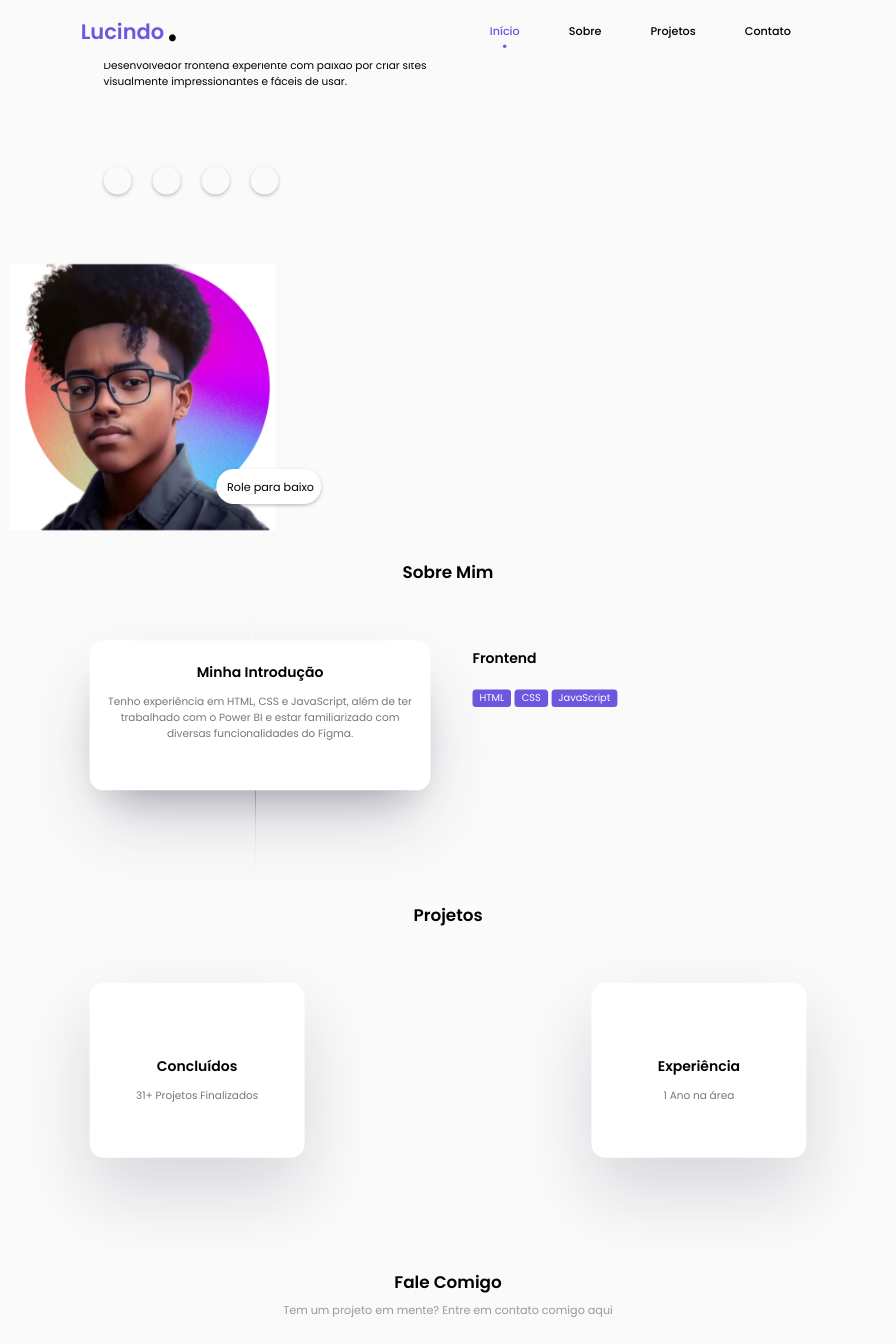
Repository: Matheus904-12/PrePortf
Page: index.html
The author's editor kept a copy of each file at every save. The page is drawn from the files as they stood at one save, then again after the next save.
The browser window is 1280 px wide. The pictures show the part of the page from y = 0 to 1920 px (the page is 2683 px tall), at 70% of full size.
Some icons come from a web library that is not loaded, so they are not drawn.

Above is the page before, as saved 2023-09-29 12:04:44.

### index.html
<!DOCTYPE html>
<html lang="pt-br">

<head>
    <meta charset="UTF-8">
    <meta name="viewport" content="width=device-width, initial-scale=1.0">

    <!-- UNICONS -->
    <link rel="stylesheet" href="https://unicons.iconscout.com/release/v4.0.8/css/line.css">
    <!-- CSS -->
    <link rel="stylesheet" href="style.css">
    <!-- Adicionar favicon -->
    <link rel="shortcut icon" href="assets/images/favicon.png" type="image/x-icon">

    <title>Portfólio | Codingdev</title>
</head>

<body>
    <div class="container">
        <!-- --------------- CABEÇALHO --------------- -->
        <nav id="header">
            <div class="nav-logo">
                <p class="nav-name">Lucindo</p>
                <span>.</span>
            </div>
            <div class="nav-menu" id="myNavMenu">
                <ul class="nav_menu_list">
                    <li class="nav_list">
                        <a href="#home" class="nav-link active-link">Início</a>
                        <div class="circle"></div>
                    </li>
                    <li class="nav_list">
                        <a href="#about" class="nav-link">Sobre</a>
                        <div class="circle"></div>
                    </li>
                    <li class="nav_list">
                        <a href="#projects" class="nav-link">Projetos</a>
                        <div class="circle"></div>
                    </li>
                    <li class="nav_list">
                        <a href="#contact" class="nav-link">Contato</a>
                        <div class="circle"></div>
                    </li>
                </ul>
            </div>
            <div class="nav-menu-btn">
                <i class="uil uil-bars" onclick="myMenuFunction()"></i>
            </div>
        </nav>


        <!-- -------------- PRINCIPAL ---------------- -->
        <main class="wrapper">
            <!-- -------------- DESTAQUE ---------------- -->
            <section class="featured-box" id="home">
                <div class="featured-text">
                    <div class="featured-text-card">
                        <span>Matheus Lucindo</span>
                    </div>
                    <div class="featured-name">
                        <p>Eu sou <span class="typedText"></span></p>
                    </div>
                    <div class="featured-text-info">
                        <p>Desenvolvedor frontend experiente com paixão por criar sites visualmente
                            impressionantes e fáceis de usar.
                        </p>
                    </div>

                    <div class="social_icons">
                        <a href="https://www.instagram.com/matheus_lucindo/" target="_blank" class="icon"><i class="uil uil-instagram"></i></a>
                        <a href="https://www.linkedin.com/in/matheus-lucindo-b35b68190/" target="_blank" class="icon"><i class="uil uil-linkedin-alt"></i></a>
                        <a href="https://www.figma.com/@myprojets" target="_blank" class="icon"><i class="uil uil-figma"></i></a>
                        <a href="https://github.com/Matheus904-12" target="_blank" class="icon"><i class="uil uil-github-alt"></i></a>
                    </div>

                <div class="featured-image">
                    <div class="image">
                        <img src="Sem título.png" alt="avatar">
                    </div>
                </div>
                <div class="scroll-icon-box">
                    <a href="#about" class="scroll-btn">
                        <i class="uil uil-mouse-alt"></i>
                        <p>Role para baixo</p>
                    </a>
                </div>

            </section>
            <!-- -------------- SOBRE ---------------- -->
            <section class="section" id="about">
                <div class="top-header">
                    <h1>Sobre Mim</h1>
                </div>
                <div class="row">
                    <div class="col">
                        <div class="about-info">
                            <h3>Minha Introdução</h3>
                            <p><p>Tenho experiência em HTML, CSS e JavaScript, além de ter trabalhado com o Power BI e estar familiarizado com diversas funcionalidades do Figma.</p>

                            </p>
                        </div>
                    </div>
                    <div class="col">
                        <div class="skills-box">
                            <div class="skills-header">
                                <h3>Frontend</h3>
                            </div>
                            <div class="skills-list">
                                <span>HTML</span>
                                <span>CSS</span>
                                <span>JavaScript</span>
                            </div>
                        </div>
            </section>

            <!-- -------------- PROJETOS ---------------- -->

            <section class="section" id="projects">
                <div class="top-header">
                    <h1>Projetos</h1>
                </div>
                <div class="project-container">
                    <div class="project-box">
                        <i class="uil uil-briefcase-alt"></i>
                        <h3>Concluídos</h3>
                        <label>31+ Projetos Finalizados</label>
                    </div>
                    <div class="project-box">
                        <i class="uil uil-award"></i>
                        <h3>Experiência</h3>
                        <label>1 Ano na área</label>
                    </div>
                </div>
            </section>

            <!-- -------------- CONTATO ---------------- -->

            <section class="section" id="contact">
                <div class="top-header">
                    <h1>Fale Comigo</h1>
                    <span>Tem um projeto em mente? Entre em contato comigo aqui</span>
                </div>
                <div class="row">
                    <div class="col">
                        <div class="contact-info">
                            <h2>Me Encontre <i class="uil uil-corner-right-down"></i></h2>
                            <p><i class="uil uil-envelope"></i> Email: matheuslucindo904@gmail.com</p>
                            <p><i class="uil uil-phone"></i> +55 11 97166-6817</p>
                        </div>
            </section>

        </main>


        <!-- --------------- RODAPÉ --------------- -->
        <footer>
            <div class="top-footer">
                <p>Matheus Lucindo .</p>
            </div>
            <div class="middle-footer">
                <ul class="footer-menu">
                    <li class="footer_menu_list">
                        <a href="#home">Início</a>
                    </li>
                    <li class="footer_menu_list">
                        <a href="#about">Sobre</a>
                    </li>
                    <li class="footer_menu_list">
                        <a href="#projects">Projetos</a>
                    </li>
                    <li class="footer_menu_list">
                        <a href="#contact">Contato</a>
                    </li>
                </ul>
            </div>
            <div class="footer-social-icons">
                <div class="icon"><a href="https://www.instagram.com/matheus_lucindo/" target="_blank"><i class="uil uil-instagram"></i></a></div>
                <div class="icon"><a href="https://www.linkedin.com/in/matheus-lucindo-b35b68190/" target="_blank"><i class="uil uil-linkedin-alt"></i></a></div>
                <div class="icon"><a href="https://www.figma.com/@myprojets" target="_blank"><i class="uil uil-figma"></i></a></div>
                <div class="icon"><a href="https://github.com/Matheus904-12" target="_blank"><i class="uil uil-github-alt"></i></a></div>
            </div>
            <div class="bottom-footer">
                <p>Direitos Autorais &copy; <a href="#home" style="text-decoration: none;">Matheus Lucindo</a> - Todos os direitos
                    reservados
                </p>
            </div>
        </footer>

    </div>

    <!-- ----- TYPING JS Link ----- -->
    <script src="https://unpkg.com/typed.js@2.0.16/dist/typed.umd.js"></script>

    <!-- ----- SCROLL REVEAL JS Link----- -->
    <script src="https://unpkg.com/scrollreveal"></script>

    <!-- ----- MAIN JS ----- -->
    <script src="script.js"></script>
</body>

</html>

### style.css
/* ----- POPPINS FONT Link ----- */
@import url('https://fonts.googleapis.com/css2?family=Poppins:wght@400;500;600;700&display=swap');

/* ----- VARIABLES ----- */
:root{
    --body-color: #fafafa;
    --color-white: #ffffff;

    --text-color-second: #000000;
    --text-color-third: #6e57e0;

    --first-color: rgb(110, 87, 224);
    --first-color-hover: rgb(40, 91, 212);

    --second-color: #6e57e0;
    --third-color: #00297f;
    --first-shadow-color: rgba(0, 0, 0, 0.1);

}

/* ----- BASE ----- */
*{
    margin: 0;
    padding: 0;
    box-sizing: border-box;
    font-family: 'Poppins', sans-serif;
}

/* ----- SMOOTH SCROLL ----- */
html{
    scroll-behavior: smooth;
}

/* ----- CHANGE THE SCROLL BAR DESIGN ----- */
::-webkit-scrollbar{
    width: 10px;
    border-radius: 25px;
}
::-webkit-scrollbar-track{
    background: #f1f1f1;
}
::-webkit-scrollbar-thumb{
    background: #ccc;
    border-radius: 30px;
}
::-webkit-scrollbar-thumb:hover{
    background: #bbb;
}


/* ---##-- REUSABLE CSS --##--- */

/* ----- GLOBAL BUTTON DESIGN ----- */
.btn{
    font-weight: 500;
    padding: 12px 20px;
    background: #efefef;
    border: none;
    border-radius: 10px;
    cursor: pointer;
    transition: .4s;
}
.btn>i{
    margin-left: 10px;
}
.btn:hover{
    background: var(--second-color);
    color: var(--color-white);
}

/* ----- GLOBAL ICONS DESIGN ----- */
i{
    font-size: 16px;
}

/* ------- BASE -------- */
body{
    background: var(--body-color);
}
.container{
    width: 100%;
    position: relative;
    overflow-x: hidden; /* not mandatory */
}

/* ----- NAVIGATION BAR ----- */
nav{
    position: fixed;
    display: flex;
    justify-content: space-between;
    width: 100%;
    height: 90px;
    line-height: 90px;
    background: var(--body-color);
    padding-inline: 9vw;
    transition: .3s;
    z-index: 100;
}
.nav-logo{
   position: relative;
}
.nav-name{
    font-size: 30px;
    font-weight: 600;
    color: var(--text-color-third);
}
.nav-logo span{
    position: absolute;
    top: -15px;
    right: -20px;
    font-size: 5em;
    color: var(--text-color-second);
}
.nav-menu, .nav_menu_list{
    display: flex;
}
.nav-menu .nav_list{
    list-style: none;
    position: relative;
}
.nav-link{
    text-decoration: none;
    color: var(--text-color-second);
    font-weight: 500;
    padding-inline: 15px;
    margin-inline: 20px;
}
.nav-menu-btn{
    display: none;
}
.nav-menu-btn i{
    font-size: 28px;
    cursor: pointer;
}
.active-link{
    position: relative;
    color: var(--first-color);
    transition: .3;
}
.active-link::after{
    content: '';
    position: absolute;
    left: 50%;
    bottom: -15px;
    transform: translate(-50%, -50%);
    width: 5px;
    height: 5px;
    background: var(--first-color);
    border-radius: 50%;
}


/* ----- WRAPPER DESIGN ----- */
.wrapper{
    padding-inline: 10vw;
}

/* ----- FEATURED BOX ----- */
.featured-box{
    position: relative;
    display: flex;
    height: 100vh;
    min-height: 700px;
}

/* ----- FEATURED TEXT BOX ----- */
.featured-text{
    position: relative;
    display: flex;
    justify-content: center;
    align-content: center;
    min-height: 80vh;
    flex-direction: column;
    width: 50%;
    padding-left: 20px;
}
.featured-text-card span{
    background: var(--third-color);
    color: var(--color-white);
    padding: 3px 8px;
    font-size: 12px;
    border-radius: 5px;
}
.featured-name{
    font-size: 50px;
    font-weight: 600;
    color: var(--text-color-second);
    margin-block: 20px;
}
.typedText{
    text-transform: capitalize;
    color: var(--text-color-third);
}
.featured-text-info{
    font-size: 15px;
    margin-bottom: 30px;
    color: var(--text-color-second);
}
.featured-text-btn{
    display: flex;
    gap: 20px;
}
.featured-text-btn>.blue-btn{
    background: var(--first-color);
    color: var(--color-white);
}
.featured-text-btn>.blue-btn:hover{
    background: var(--first-color-hover);
}
.social_icons{
    display: flex;
    margin-top: 5em;
    gap: 30px;
}
.icon{
    display: flex;
    justify-content: center;
    align-items: center;
    width: 40px;
    height: 40px;
    border-radius: 50%;
    box-shadow: 0px 2px 5px 0px rgba(0, 0, 0, 0.25);
    cursor: pointer;
}
.icon:hover{
    color: var(--first-color);
}

/* ----- FEATURED IMAGE BOX ----- */
.featured-image{
    display: flex;
    justify-content: right;
    align-content: center;
    min-height: 80vh;
    width: 50%;
}
.image{
    margin: auto 0;
    width: 380px;
    height: 380px;
    animation: imgFloat 7s ease-in-out infinite;
}
.image img{
    width: 380px;
    height: 380px;
    object-fit: contain;
}
@keyframes imgFloat {
    50%{
        transform: translateY(10px);
    }
}
.scroll-btn{
   position: absolute;
   bottom: 0;
   left: 50%;
   translate: -50%;
   display: flex;
   justify-content: center;
   align-items: center;
   width: 150px;
   height: 50px;
   gap: 5px;
   text-decoration: none;
   color: var(--text-color-second);
   background: var(--color-white);
   border-radius: 30px;
   box-shadow: 0 2px 5px 0 rgba(0, 0, 0, 0.25);
}
.scroll-btn i{
    font-size: 20px;
}

/* ----- MAIN BOX ----- */
.section{
    padding-block: 5em;
}
.row{
    display: flex;
    justify-content: space-between;
    width: 100%;
    gap: 50px;
}
.col{
    display: flex;
    width: 50%;
}

/* -- ## --- RESUABLE CSS -- ## -- */
.top-header{
    text-align: center;
    margin-bottom: 5em;
}
.top-header h1{
    font-weight: 600;
    color: var(--text-color-second);
    margin-bottom: 10px;
}
.top-header span{
    color: #999;
}
h3{
    font-size: 20px;
    font-weight: 600;
    color: var(--text-color-second);
    margin-bottom: 15px;
}

/* ----- ABOUT INFO ----- */
.about-info{
    position: relative;
    display: flex;
    align-items: center;
    flex-direction: column;
    padding-block: 30px 70px;
    padding-inline: 20px;
    width: 100%;
    background: var(--color-white);
    box-shadow: rgba(50, 50, 93, 0.25) 0px 50px 100px -20px, rgba(0, 0, 0, 0.3) 0px 30px 60px -30px;
    border-radius: 20px;
}
.about-info p{
    text-align: center;
    font-size: 15px;
    color: #777;
}
.about-btn button{
    position: absolute;
    right: 20px;
    bottom: 20px;
    background: var(--first-color);
    color: var(--color-white);
    border-radius: 30px;
}
.about-btn button:hover{
    background: var(--first-color-hover);
}

/* ----- ABOUT / SKILLS BOX ----- */
.skills-box{
    margin: 10px;
}
.skills-header{
    margin-bottom: 30px;
}
.skills-list{
    display: flex;
    flex-wrap: wrap;
    gap: 5px;
}
.skills-list span{
    font-size: 14px;
    background: var(--first-color);
    color: var(--color-white);
    padding: 2px 10px;
    border-radius: 5px;
}

/* ----- PROJECTS BOX ----- */
.project-container{
    display: flex;
    width: 100%;
    justify-content: space-between;
    gap: 20px;
    flex-wrap: wrap;
}
.project-box{
    position: relative;
    display: flex;
    justify-content: center;
    align-items: center;
    flex-direction: column;
    width: 30%;
    height: 250px;
    background: var(--color-white);
    border-radius: 20px;
    box-shadow: rgba(17, 12, 46, 0.15) 0px 48px 100px 0px;
    overflow: hidden;
}
.project-box>i{
    font-size: 50px;
    color: #00B5E7;
    margin-bottom: 25px;
}
.project-box label{
    font-size: 15px;
    color: #777;
}
.project-box::after, .contact-info::after{
    content: "";
    position: absolute;
    bottom: -100%;
    background: var(--second-color);
    width: 100%;
    height: 100%;
    transition: .4s;
    z-index: 1;
}
.project-box:hover.project-box::after,
.contact-info:hover.contact-info::after{
    bottom: 0;
}
.project-box:hover.project-box i,
.project-box:hover.project-box>h3,
.project-box:hover.project-box>label{
    color: var(--color-white);
    z-index: 2;
}

/* ----- CONTACT BOX ----- */
.contact-info{
    position: relative;
    display: flex;
    flex-direction: column;
    justify-content: center;
    align-items: center;
    padding: 20px 30px;
    width: 100%;
    height: 315px;
    background: var(--second-color);
    border-radius: 10px;
    box-shadow: 1px 8px 10px 2px var(--first-shadow-color);
    overflow: hidden;
}
.contact-info>h2{
    color: var(--color-white);
    margin-bottom: 20px;
}
.contact-info>p{
    display: flex;
    align-items: center;
    gap: 10px;
    color: var(--color-white);
    margin-block: 5px;
}
.contact-info p>i{
    font-size: 18px;
}
.contact-info::after{
    background: var(--color-white);
}
.contact-info:hover.contact-info h2,
.contact-info:hover.contact-info p,
.contact-info:hover.contact-info i{
    color: #777;
    z-index: 2;
}

/* ----- CONTACT FORM ----- */
.form-control{
    display: flex;
    flex-direction: column;
    gap: 10px;
    width: 100%;
}
.form-inputs{
    display: flex;
    gap: 10px;
    width: 100%;
}
.input-field{
    width: 50%;
    height: 55px;
    background: transparent;
    border: 2px solid #AAA;
    border-radius: 10px;
    padding-inline: 20px;
    outline: none;
}
textarea{
    width: 100%;
    height: 250px;
    background: transparent;
    border: 2px solid #AAA;
    border-radius: 10px;
    padding: 15px 20px;
    outline: none;
    resize: none;
}
.form-button>.btn{
    display: flex;
    align-items: center;
    justify-content: center;
    background: var(--second-color);
    color: var(--color-white);
}
.form-button>.btn:hover{
    background: #00B5E7;
}
.form-button i{
    font-size: 18px;
    rotate: -45deg;
}

/* ----- FOOTER BOX ----- */
footer{
    display: flex;
    justify-content: center;
    align-items: center;
    flex-direction: column;
    row-gap: 30px;
    background: #F8F8F8;
    padding-block: 40px 60px;
}
.top-footer p{
    font-size: 25px;
    font-weight: 600;
}
.middle-footer .footer-menu{
    display: flex;
}
.footer_menu_list{
    list-style: none;
}
.footer_menu_list a{
    text-decoration: none;
    color: var(--text-color-second);
    font-weight: 500;
    margin-inline: 20px;
}
.footer-social-icons{
    display: flex;
    gap: 30px;
}
.bottom-footer{
    font-size: 14px;
    margin-top: 10px;
}


/* ----- MEDIA QUERY == 1024px / RESPONSIVE ----- */
@media only screen and (max-width: 1024px){
    .featured-text{
        padding: 0;
    }
    .image, .image img{
        width: 320px;
        height: 320px;
    }
}

/* ----- MEDIA QUERY == 900px / RESPONSIVE ----- */
@media only screen and (max-width: 900px) {
    .nav-button{
        display: none;
    }
    .nav-menu.responsive{
        left: 0;
    }
    .nav-menu{
        position: fixed;
        top: 80px;
        left: -100%;
        flex-direction: column;
        justify-content: center;
        align-items: center;
        background: rgba(255, 255, 255, 0.7);
        backdrop-filter: blur(20px);
        width: 100%;
        min-height: 450px;
        height: 90vh;
        transition: .3s;
    }
    .nav_menu_list{
        flex-direction: column;
    }
    .nav-menu-btn{
        display: flex;
        align-items: center;
        justify-content: center;
    }
    .featured-box{
        flex-direction: column;
        justify-content: center;
        height: 100vh;
    }
    .featured-text{
        width: 100%;
        order: 2;
        justify-content: center;
        align-content: flex-start;
        min-height: 60vh;
    }
    .social_icons{
        margin-top: 2em;
    }
    .featured-image{
        order: 1;
        justify-content: center;
        min-height: 150px;
        width: 100%;
        margin-top: 65px;
    }
    .image, .image img{
        width: 150px;
        height: 150px;
    }
    .row{
        display: flex;
        flex-direction: column;
        justify-content: center;
        gap: 50px;
    }
    .col{
        display: flex;
        justify-content: center;
        width: 100%;
    }
    .about-info, .contact-info{
        width: 100%;
    }
    .project-container{
        justify-content: center;
    }
    .project-box{
        width: 80%;
    }

}

/* ----- MEDIA QUERY == 540px / RESPONSIVE ----- */

@media only screen and (max-width: 540px){
    .featured-name{
        font-size: 40px;
    }
    .project-box{
        width: 100%;
    }
    .form-inputs{
        flex-direction: column;
    }
    .input-field{
        width: 100%;
    }
}

Loaded but not shown: script.js (117 lines, source omitted)

After the next save:
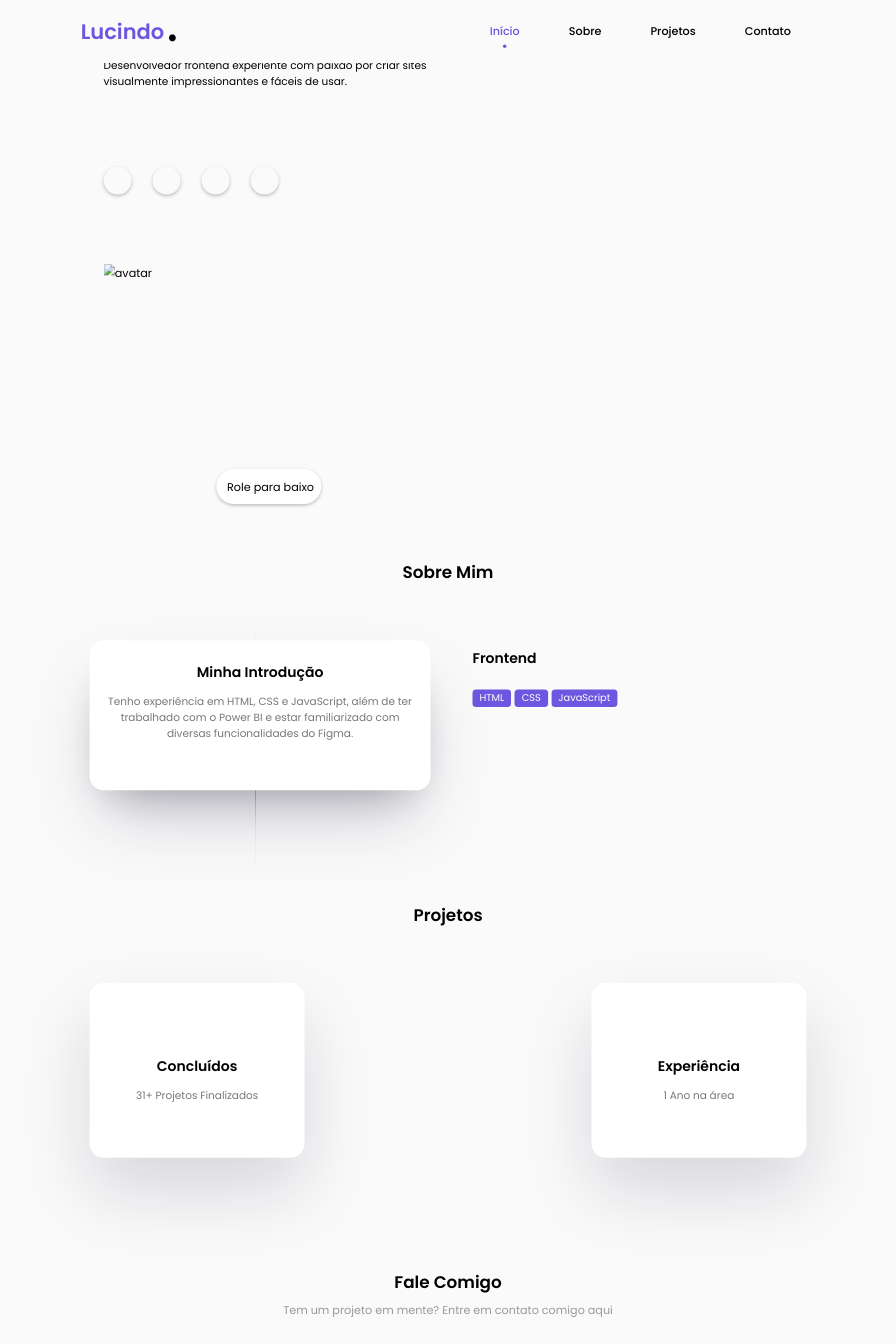
Not found: Sem.png
Saved 21 s later.
--- a/index.html
+++ b/index.html
@@ -75,7 +75,7 @@
 
                 <div class="featured-image">
                     <div class="image">
-                        <img src="Sem título.png" alt="avatar">
+                        <img src="Sem.png" alt="avatar">
                     </div>
                 </div>
                 <div class="scroll-icon-box">
